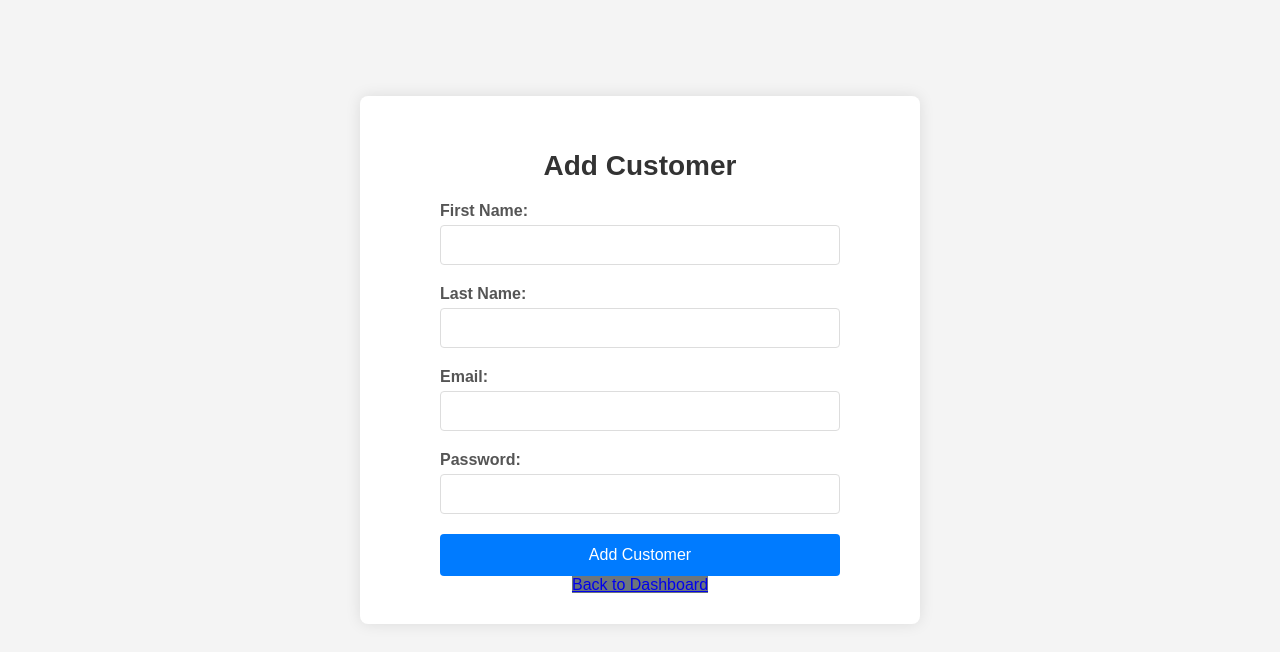
Repository: vinayakGarudi2002/swabhavTrainingProjects
Page: http://localhost/01_banking_application/addCustomer.jsp
An editor plug-in stored every save of this project. The page is shown before and after the next save, followed by the edit.
The browser window is 1280 px wide. The pictures show the whole page.
The page is served by Tomcat 9.

Above is the page before, as saved 2024-08-12 10:52:14.

After the next save:
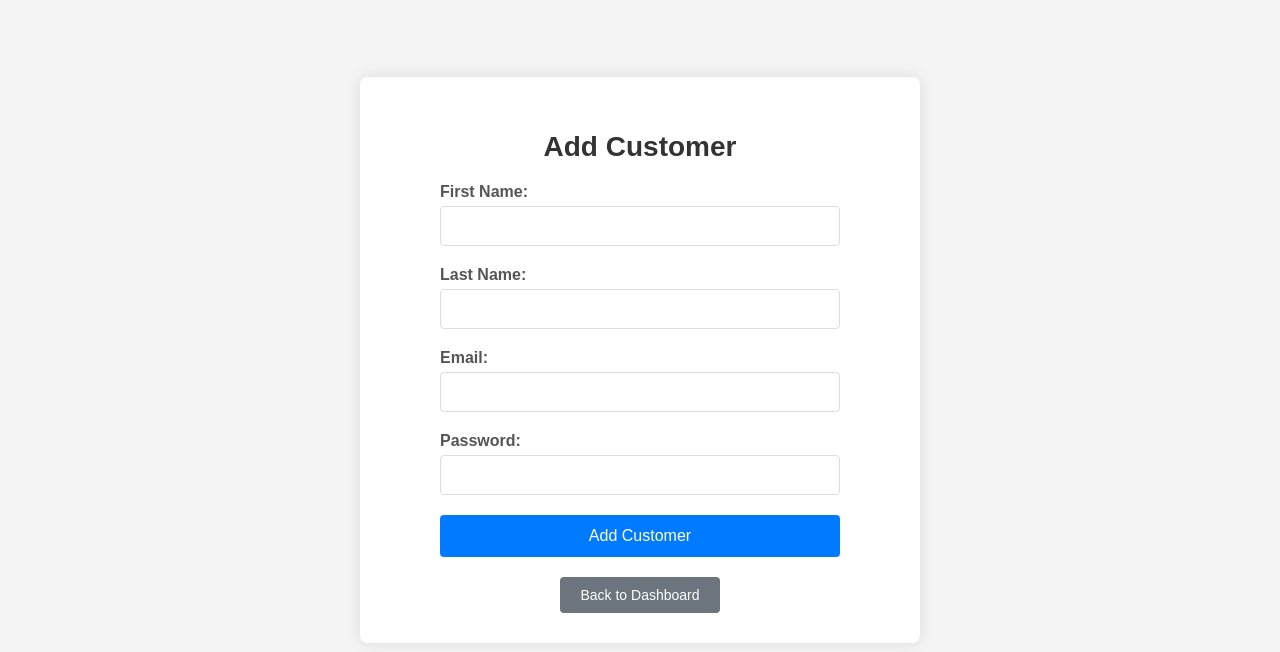
Saved 23 s later.
--- a/01_banking_application/WebContent/static/css/styles.css
+++ b/01_banking_application/WebContent/static/css/styles.css
@@ -98,3 +98,79 @@ button.btn:hover {
     margin-top: 10px;
     text-align: center;
 }
+
+/* General Styles */
+.container {
+    width: 100%;
+    max-width: 800px;
+    padding: 20px;
+    margin: 0 auto;
+}
+
+.customer-view-box {
+    background-color: #fff;
+    padding: 20px;
+    box-shadow: 0px 0px 10px rgba(0, 0, 0, 0.1);
+    border-radius: 8px;
+}
+
+h2 {
+    text-align: center;
+    margin-bottom: 20px;
+    color: #333;
+}
+
+/* Table Styles */
+.customer-table {
+    width: 100%;
+    border-collapse: collapse;
+    margin-bottom: 20px;
+}
+
+.customer-table th, .customer-table td {
+    border: 1px solid #ddd;
+    padding: 10px;
+    text-align: left;
+}
+
+.customer-table th {
+    background-color: #f4f4f4;
+    font-weight: bold;
+}
+
+.customer-table tr:nth-child(even) {
+    background-color: #f9f9f9;
+}
+
+.customer-table tr:hover {
+    background-color: #f1f1f1;
+}
+
+/* Button Styles */
+.btn {
+    display: inline-block;
+    padding: 10px 20px;
+    font-size: 14px;
+    color: #fff;
+    background-color: #007bff;
+    border: none;
+    border-radius: 4px;
+    cursor: pointer;
+    text-decoration: none;
+}
+
+.btn-secondary {
+    background-color: #6c757d;
+}
+
+.btn-secondary:hover {
+    background-color: #5a6268;
+}
+
+.btn:hover {
+    background-color: #0056b3;
+}
+
+.form-actions {
+    text-align: center;
+}

After the save that followed:
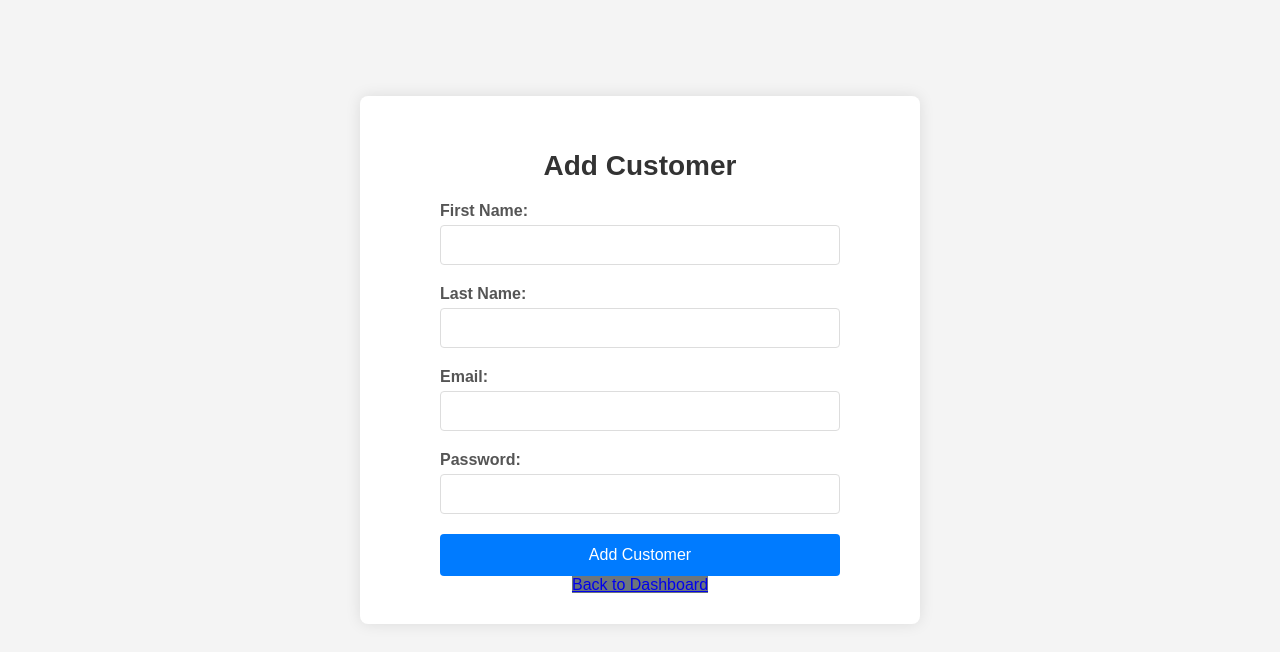
Saved 58 s later.
--- a/01_banking_application/WebContent/static/css/styles.css
+++ b/01_banking_application/WebContent/static/css/styles.css
@@ -98,79 +98,3 @@ button.btn:hover {
     margin-top: 10px;
     text-align: center;
 }
-
-/* General Styles */
-.container {
-    width: 100%;
-    max-width: 800px;
-    padding: 20px;
-    margin: 0 auto;
-}
-
-.customer-view-box {
-    background-color: #fff;
-    padding: 20px;
-    box-shadow: 0px 0px 10px rgba(0, 0, 0, 0.1);
-    border-radius: 8px;
-}
-
-h2 {
-    text-align: center;
-    margin-bottom: 20px;
-    color: #333;
-}
-
-/* Table Styles */
-.customer-table {
-    width: 100%;
-    border-collapse: collapse;
-    margin-bottom: 20px;
-}
-
-.customer-table th, .customer-table td {
-    border: 1px solid #ddd;
-    padding: 10px;
-    text-align: left;
-}
-
-.customer-table th {
-    background-color: #f4f4f4;
-    font-weight: bold;
-}
-
-.customer-table tr:nth-child(even) {
-    background-color: #f9f9f9;
-}
-
-.customer-table tr:hover {
-    background-color: #f1f1f1;
-}
-
-/* Button Styles */
-.btn {
-    display: inline-block;
-    padding: 10px 20px;
-    font-size: 14px;
-    color: #fff;
-    background-color: #007bff;
-    border: none;
-    border-radius: 4px;
-    cursor: pointer;
-    text-decoration: none;
-}
-
-.btn-secondary {
-    background-color: #6c757d;
-}
-
-.btn-secondary:hover {
-    background-color: #5a6268;
-}
-
-.btn:hover {
-    background-color: #0056b3;
-}
-
-.form-actions {
-    text-align: center;
-}
